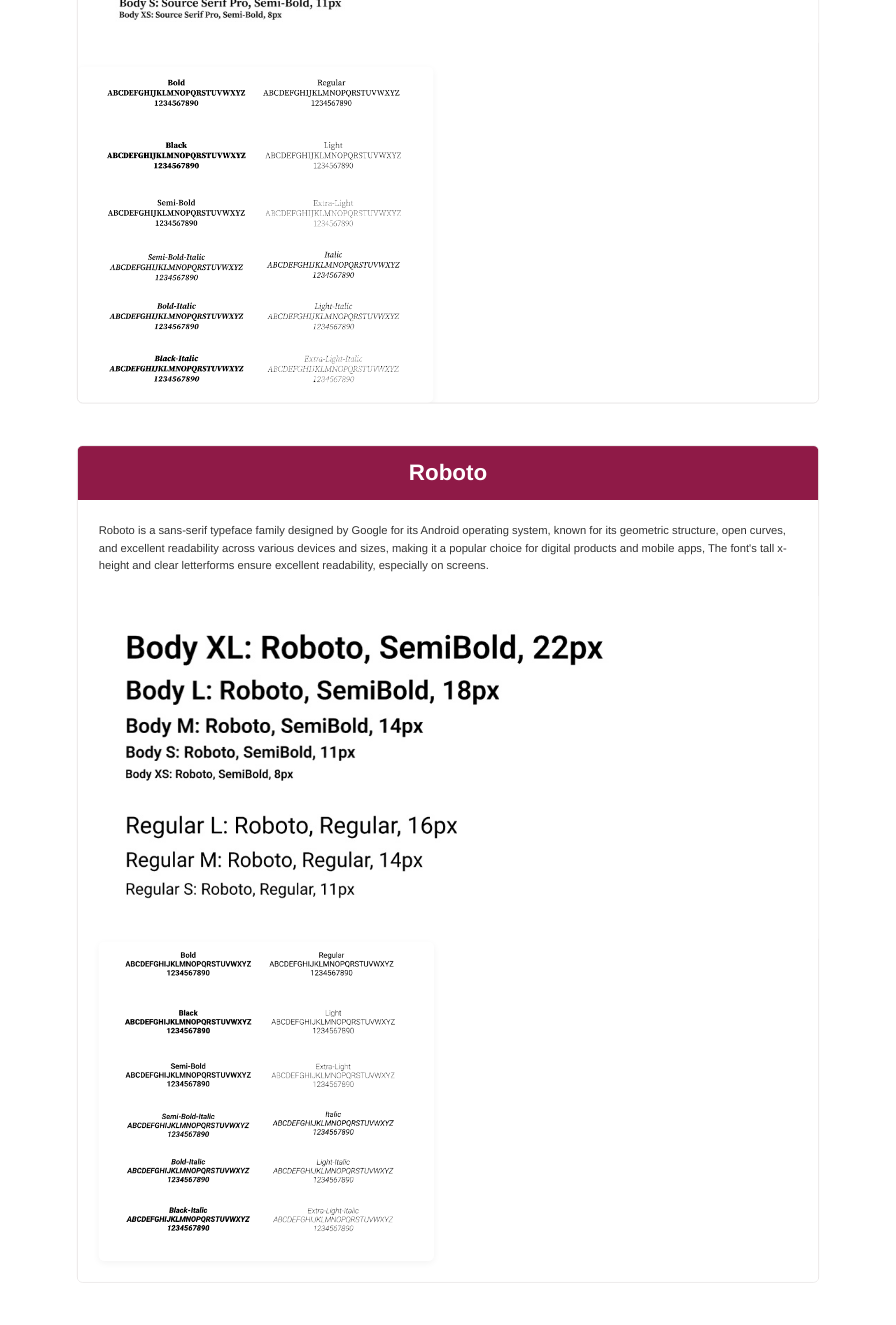
Repository: Emmalee06/styleguide-design2
Page: typography.html
An editor plug-in stored every save of this project. The page is shown before and after the next save, followed by the edit.
The browser window is 1280 px wide. The pictures show the part of the page from y = 1045 to 2965 px (the page is 2938 px tall before and 2965 px after), at 70% of full size.

Above is the page before, as saved 2025-04-07 00:36:29.

### typography.html
<!DOCTYPE html>
<html lang="en">

<head>
    <meta charset="UTF-8" />
    <meta name="viewport" content="width=device-width, initial-scale=1.0" />
    <title>StyleGuide Design</title>
    <link rel="stylesheet" href="style.css" />
</head>

<body>
    <!-- Header with reduced height -->
    <section class="header small-header">
        <nav>
            <a href="index.html"><img src="images/logo.jpg" width="300" height="100" alt="Bloomguide logo" /></a>

            <div class="nav-links">
                <ul>
                    <li><a href="index.html">HOME</a></li>
                    <li><a href="logo.html">LOGO</a></li>
                    <li><a href="colours.html">COLOURS</a></li>
                    <li><a href="typography.html">TYPOGRAPHY</a></li>
                    <li><a href="graphics.html">GRAPHICS</a></li>
                    <li><a href="references.html">REFERENCES</a></li>
                </ul>
            </div>
        </nav>
        <h1>TYPOGRAPHY</h1>
    </section>

    <!-- TYPOGRAPHY CONTENT -->
    <section class="logo">
        <p>
            We use Source Serif Pro for headlines to add elegance and draw attention while Roboto is used for body text
            and UI elements for clean, easy readability.
        </p>
    </section>
    <section class="typography">
        <!-- Source Serif Section -->
        <div class="font-section">
            <div class="font-header">Source Serif Pro</div>

            <div class="font-content">
                <p>
                    Now known as Source Serif, is a transitional serif typeface designed by Frank Grießhammer for Adobe
                    as a companion to the Source Sans Pro family. The typeface features simplified, highly readable
                    letter shapes, making it suitable for extended text on both paper and screen. It supports a wide
                    range of languages, including Latin, Cyrillic, and Greek, with ongoing updates to extend glyph set
                    coverage. With a clean style, high readability, and wide range of language support, this font fits
                    perfectly for our Bloom Guide app.
                </p>
                <img src="images/Serif.jpeg" alt="Source Serif definition" />
            </div>
            <div class="font-image-row">
                <img src="images/serif-ex.png" alt="Source Serif example" />
            </div>

        </div>

        <!-- Roboto Section -->
        <div class="font-section">
            <div class="font-header">Roboto</div>

            <div class="font-content">
                <p>
                    Roboto is a sans-serif typeface family designed by Google for its Android operating system, known
                    for its geometric structure, open curves, and excellent readability across various devices and
                    sizes, making it a popular choice for digital products and mobile apps, The font's tall x-height and
                    clear letterforms ensure excellent readability, especially on screens.
                </p>
                <img src="images/Roboto.jpeg" alt="Roboto definition" />

                <div class="font-image-row">
                    <img src="images/roboto-ex.png" alt="Roboto example" />
                </div>
            </div>
        </div>
    </section>
</body>

</html>

### style.css
* {
    margin: 0;
    padding: 0;
    box-sizing: border-box;
    font-family: 'Helvetica Neue', sans-serif;
}

.header {
    min-height: 100vh;
    width: 100%;
    background-image: linear-gradient(rgba(4, 9, 30, 0.6), rgba(4, 9, 30, 0.6)), url(images/background.png);
    background-size: cover;
    background-position: center;
    position: relative;
}

/* Nav bar */
nav {
    width: 100%;
    background-color: rgba(0, 0, 0, 0.3);
    padding: 20px 60px;
    overflow: hidden;
}

/* Logo on the left */
nav a img {
    float: left;
    height: 80px;
    width: auto;
}

/* Nav links on the right */
.nav-links {
    float: right;
    margin-top: 25px;
}

.nav-links ul {
    list-style: none;
}

.nav-links ul li {
    display: inline-block;
    margin-left: 25px;
}

.nav-links ul li a {
    text-decoration: none;
    color: white;
    font-size: 14px;
    font-weight: 500;
    position: relative;
}

.nav-links ul li::after {
    content: '';
    display: block;
    height: 2px;
    width: 0;
    background: #fcb6b6;
    transition: 0.4s;
    margin-top: 4px;
}

.nav-links ul li:hover::after {
    width: 100%;
}

.nav-links ul li a:hover {
    color: #fcb6b6;
}

.text-box h1 {
    font-size: 60px;
}

.text-box h2 {
    font-size: 36px;
    margin: 15px 0;
}

/*Home Content*/
.text-box {
    position: absolute;
    top: 55%;
    left: 50%;
    transform: translate(-50%, -50%);
    text-align: center;
    color: #fff;
}

.credits-wrapper {
    display: block;
    margin-top: 30px;
}

/* credits left-aligned within a centered container */
.credits {
    display: block;
    text-align: left;
    margin: 0 auto 20px auto;
    width: fit-content;
}

.credits p {
    font-size: 18px;
    color: #d3dae0;
    margin: 6px 0;
}

/* button under credits */
.start-btn {
    text-align: center;
}

.hero-btn {
    display: inline-block;
    text-decoration: none;
    color: #fff;
    border: 1px solid #fff;
    padding: 12px 30px;
    font-size: 14px;
    transition: 0.4s;
}

.hero-btn:hover {
    background-color: #8f1a47;
    border-color: #8f1a47;
}

/* logo content*/

.logo {
    max-width: 1000px;
    margin: 60px auto;
    padding: 0 20px;
}

.logo h1 {
    font-size: 2.5rem;
    margin-bottom: 20px;
    color: #5a3f2f;
    text-align: center;
}

.logo p {
    font-size: 1.1rem;
    margin-bottom: 40px;
    color: #555;
    text-align: center;
    line-height: 1.8;
}

.row {
    display: grid;
    grid-template-columns: repeat(auto-fit, minmax(220px, 1fr));
    gap: 30px;
}

.logo-col h3 {
    margin-bottom: 15px;
    font-size: 1.2rem;
    color: #bc526c;
}

.logo-col img {
    max-width: 100%;
    height: auto;
    border-radius: 8px;
}

.logo-col {
    background-color: #fff;
    padding: 20px;
    border-radius: 12px;
    box-shadow: 0 2px 10px rgba(0, 0, 0, 0.05);
    text-align: center;
    transition: transform 0.3s ease, box-shadow 0.3s ease;
}

.logo-col:hover {
    transform: translateY(-10px);
    box-shadow: 0 12px 25px rgba(0, 0, 0, 0.1);
}

/* Make header shorter for this page */
.small-header {
    min-height: 10px;
}

/* 4 cards into one row */
.fixed-row {
    display: flex;
    justify-content: space-between;
    flex-wrap: nowrap;
    gap: 30px;
}

.logo h2 {
    font-size: 1.5rem;
    color: #771f35;
    margin: 30px 0 15px;
    text-align: center;
}

.header.small-header h1 {
    position: relative;
    top: 50%;
    left: 50%;
    transform: translate(-50%, -50%);
    color: #fff;
    font-size: 60px;
    text-align: center;
    font-weight: bold;
    margin-top: 40px;
}


/*COLOURS PAGE*/
/* --- Main Container --- */
.colours {
    margin: 60px auto;
    padding: 0 20px;
    color: #333;
}

/* --- Headings --- */
.colours h1 {
    font-size: 23px;
    margin-top: 50px;
    margin-bottom: 15px;
    color: #3E0B0B;
    border-bottom: 2px solid #89576691;
    padding-bottom: 6px;
}

/* --- Paragraphs --- */
.colours p {
    font-size: 1rem;
    margin-bottom: 25px;
    line-height: 1.6;
}

/* --- Image Rows --- */
.image-row {
    display: flex;
    gap: 20px;
    margin-bottom: 40px;
    align-items: center;
}

/* --- Image Blocks --- */
.image-row img {
    width: 800px;
    height: auto;
    border-radius: 8px;
    box-shadow: 0 3px 12px rgba(0, 0, 0, 0.08);
    transition: transform 0.3s ease;
}

.image-row-small img {
    width: 100px;
    height: auto;
    border-radius: 8px;
    box-shadow: 0 3px 12px rgba(0, 0, 0, 0.08);
    transition: transform 0.3s ease;
}

.image-row img:hover {
    transform: scale(1.03);
}

.image-row-small img:hover {
    transform: scale(1.03);
}

/* --- Accessibility Section --- */
.accessibility-grid {
    display: grid;
    grid-template-columns: repeat(2, 1fr);
    gap: 30px;
    margin-top: 20px;
}

/* --- Individual Accessibility Cards --- */
.access-card {
    background: #fff;
    border-radius: 10px;
    padding: 20px;
    box-shadow: 0 6px 16px rgba(0, 0, 0, 0.05);
    transition: transform 0.3s ease;
}

.access-card h2 {
    font-size: 17px;
    color: #9b5861;
    margin-bottom: 10px;
}

.access-card p {
    font-size: 12px;
    line-height: 1.5;
    margin-bottom: 15px;
}

.access-card img {
    width: 70%;
    border-radius: 6px;
    box-shadow: 0 2px 8px rgba(0, 0, 0, 0.263);
}

.access-card:hover {
    transform: scale(1.03);
}


/*TYPOGRAPHY*/
/* Typography Section Container */
.typography {
    max-width: 1100px;
    margin: 60px auto;
    padding: 0 20px;
    font-family: 'Helvetica Neue', sans-serif;
    color: #333;
}

/* Font Section Wrapper */
.font-section {
    margin-bottom: 60px;
    border: 1px solid #e0dcdc;
    border-radius: 8px;
    overflow: hidden;
}

/* Full-width Header Box */
.font-header {
    background-color: #8f1a47;
    color: white;
    font-size: 2rem;
    font-weight: bold;
    text-align: center;
    padding: 20px;
}

/* Paragraph and image wrapper */
.font-content {
    padding: 30px;
    background-color: #ffffff;
}

/* Paragraph style */
.font-content p {
    font-size: 1rem;
    line-height: 1.6;
    margin-bottom: 30px;
}

/* Side-by-side image layout */
.font-image-row {
    display: flex;
    justify-content: space-between;
    gap: 20px;
}

.font-image-row img {
    width: 48%;
    height: auto;
    border-radius: 8px;
    box-shadow: 0 3px 10px rgba(0, 0, 0, 0.05);
}

After the next save:
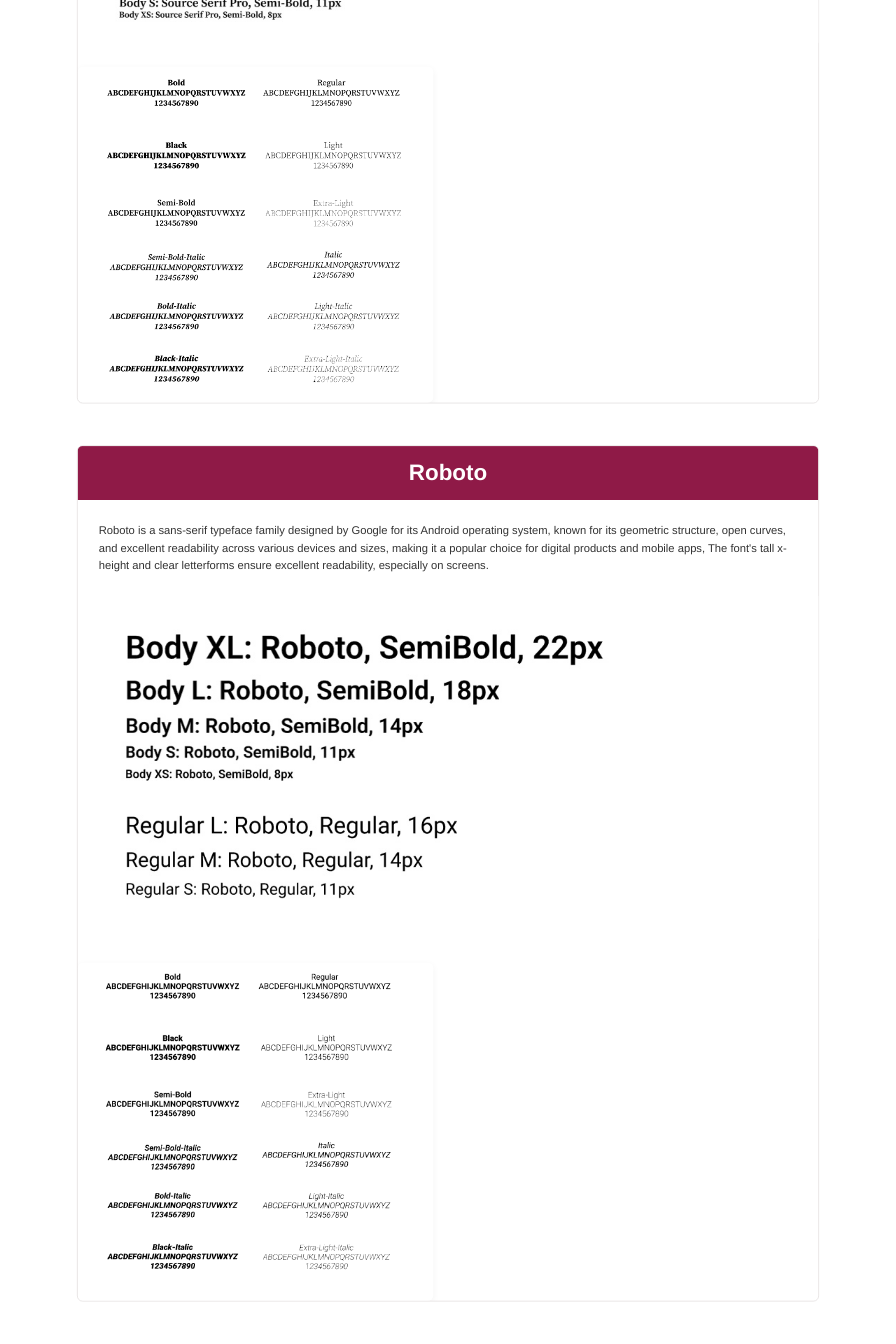
Saved 13 s later.
--- a/typography.html
+++ b/typography.html
@@ -69,11 +69,11 @@
                     clear letterforms ensure excellent readability, especially on screens.
                 </p>
                 <img src="images/Roboto.jpeg" alt="Roboto definition" />
+            </div>
+            <div class="font-image-row">
+                <img src="images/roboto-ex.png" alt="Roboto example" />
+            </div>
 
-                <div class="font-image-row">
-                    <img src="images/roboto-ex.png" alt="Roboto example" />
-                </div>
-            </div>
         </div>
     </section>
 </body>
